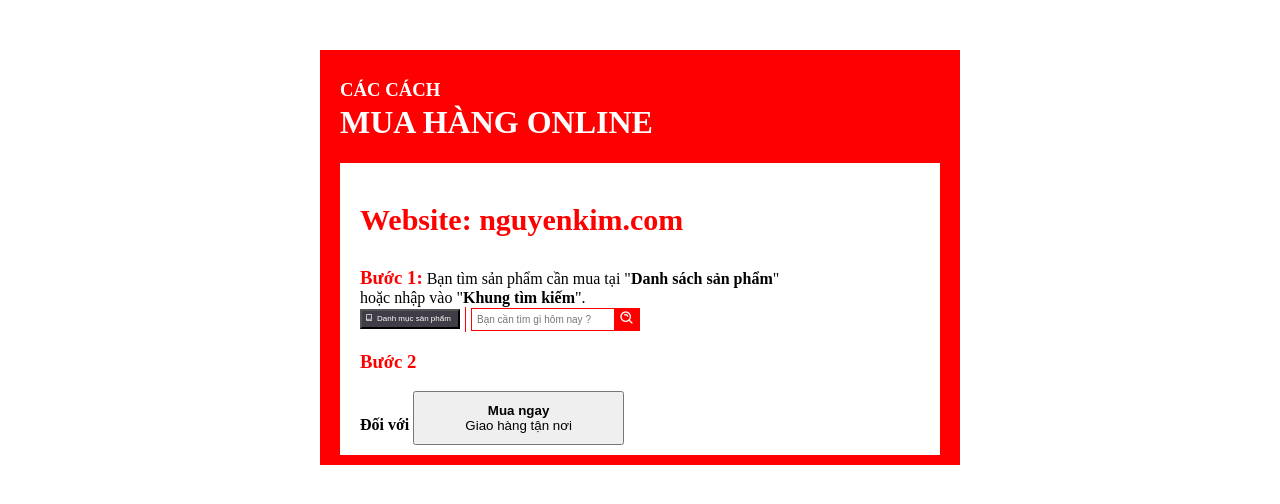
Repository: Tan-Khang21/TH_TKW--Buoi_01
Page: Buoi_01/BT_tren_lop/BT_06/main.html
The author's editor kept a copy of each file at every save. The page is drawn from the files as they stood at one save, then again after the next save.
The browser window is 1280 px wide. The pictures show the whole page.

Above is the page before, as saved 2024-01-23 19:26:00.

After the next save:
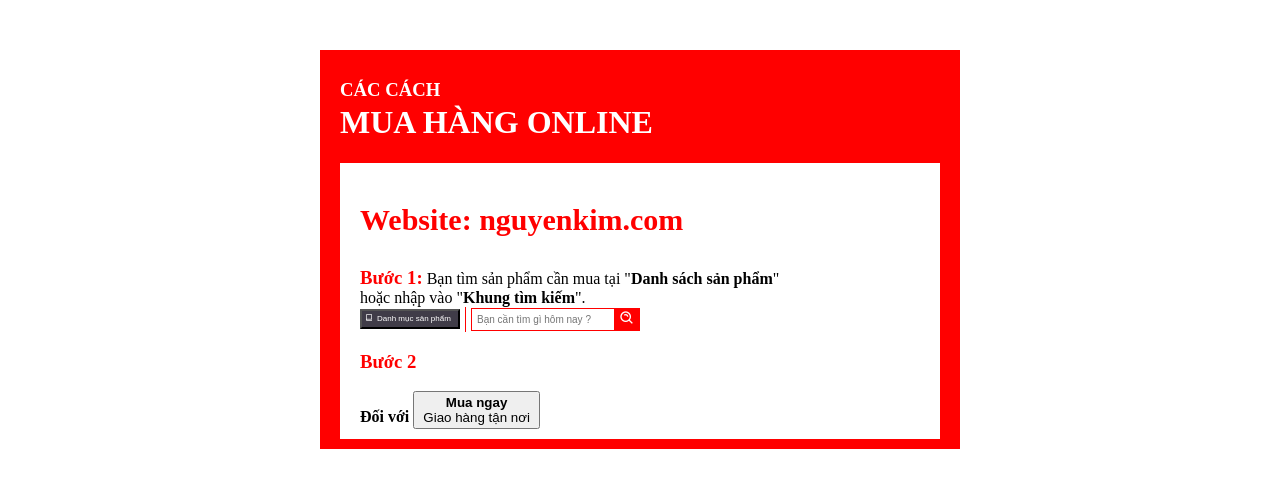
Saved 17 s later.
--- a/Buoi_01/BT_tren_lop/BT_06/style.css
+++ b/Buoi_01/BT_tren_lop/BT_06/style.css
@@ -60,5 +60,5 @@
     position: absolute;
 }
 .buy_now{
-    padding:10px 50px;
+    padding:2px 8px;
 }
